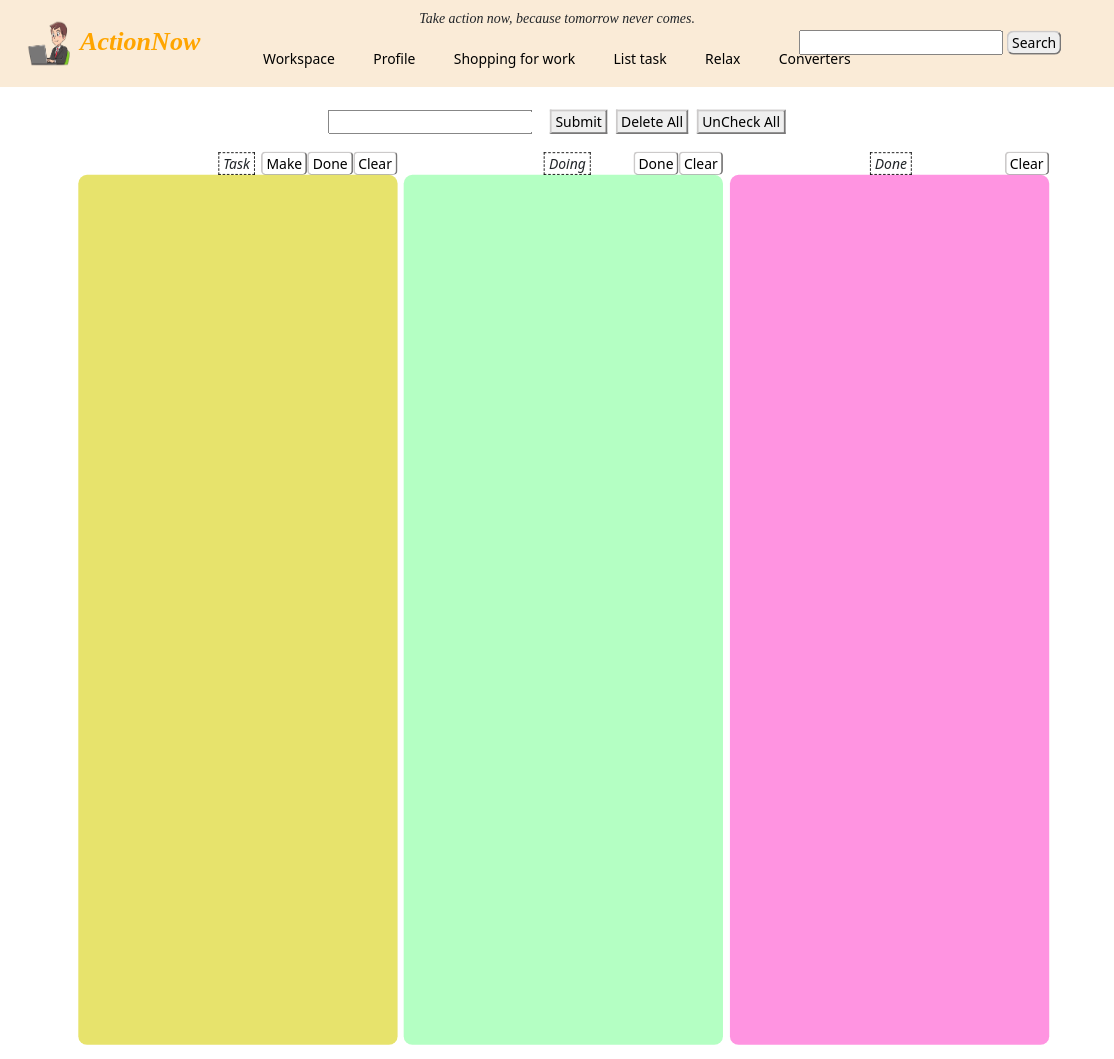
Repository: huavantinh/todo
Page: index.html
The author's editor kept a copy of each file at every save. The page is drawn from the files as they stood at one save, then again after the next save.
The browser window is 1280 px wide. The pictures show the whole page, at 87% of full size.

Above is the page before, as saved 2023-04-18 11:13:17.

### index.html
<!DOCTYPE html>
<html lang="en">

<head>
  <meta charset="UTF-8" />
  <meta http-equiv="X-UA-Compatible" content="IE=edge" />
  <meta name="viewport" content="width=device-width, initial-scale=1.0" />
  <title>Document</title>
  <link rel="stylesheet" href="./css/style.css" />
  <link rel="stylesheet" href="https://cdn.jsdelivr.net/npm/bootstrap@5.2.3/dist/css/bootstrap.min.css"
    integrity="sha384-rbsA2VBKQhggwzxH7pPCaAqO46MgnOM80zW1RWuH61DGLwZJEdK2Kadq2F9CUG65" crossorigin="anonymous" />
</head>

<body>
  <nav class="nav-bar navbar navbar-default">
    <div class="container-fluid">
      <div class="brand">
        <!-- line1top -->
        <img src="./css/img/logo-brand.png" alt="Brand" />
        <i id="i1">ActionNow</i>
        <i id="i2">Take action now, because tomorrow never comes.</i>
        <!-- search  -->
        <div class="search-box">
          <input type="text" />
          <button>Search</button>
        </div>
      </div>
      <!-- menu  -->
      <div class="nav-menu">
        <div class="list-menu">
          <a href="">Workspace</a>
          <a href="">Profile</a>
          <a href="">Shopping for work</a>
          <a href="">List task</a>
          <a href="">Relax</a>
          <a href="">Converters</a>
        </div>
      </div>
    </div>
  </nav>
  <div>

    <div class="container">
      <div class="add">
        <div class="box-add">
          <div class="input-box">
            <input id="input-sub" type="text" />
            <span style="
                  color: #656966;
                  font-size: 10px;
                  position: absolute;
                  bottom: 0;
                  right: 0;
                " class="message" id="new-task-message">Please enter new task!</span>
          </div>

          <button class="submit-bt" id="button-submit" onclick="submit()">Submit</button>
          <button  class="deleteall" id="delete" onclick="deleteAll()">Delete All</button>
          <!-- <button class="checkall" id="checkall" onclick="checkAll(this)">Check All</button> -->
          <button class="uncheckall" id="uncheckall" onclick="unCheckAll(this)">
            UnCheck All
          </button>
        </div>
      </div>
      <div class="table">
        <div class="tasklist col-list">
          <div class="linetitle linetasktitle">
            <i class="title" id="i1"> Task </i>
          <button id="makeall">Make</button>
          <button id="doneall">Done</button>
          <button id="cleardone">Clear</button>
          </div>
          <div id="products" class="col-item col-1"></div>
        </div>

        <div class="doinglist col-list">
          <div class="linetitle linedoingtitle">
            <i class="title" id="i2">Doing</i>
          <button id="doneall">Done</button>
          <button id="cleardone">Clear</button>
          </div>

          <div id="idoing" class="col-item col-2"></div>
        </div>

        <div class="donelist col-list">
          <div class="linetitle linedonetitle">
            <i class="title" id="i3">Done</i>
          <button id="cleardone">Clear</button>
          </div>
          <div id="idone" class="col-item col-3"></div>
        </div>

      </div>
    </div>
  </div>
  </div>

  <script src="https://code.jquery.com/jquery-3.6.4.min.js"
    integrity="sha256-oP6HI9z1XaZNBrJURtCoUT5SUnxFr8s3BzRl+cbzUq8=" crossorigin="anonymous"></script>
  <script type="text/javascript" src="https://cdn.jsdelivr.net/npm/bootstrap@5.2.3/dist/js/bootstrap.min.js"></script>
  <script src="./app.js"></script>
</body>

</html>

### css/style.css
    /* resetcss */
    *{
        padding: 0;
        margin: 0;
    }

    button {
        border-radius: 5px;
        border-color: #cccaca;
        padding: 0 4px;
    }

    /* Nav */
    .container-fluid{
        position: fixed;
        top: 0;
        left: 0;
        right: 0;
        z-index: 99999;
        background-color: antiquewhite;
    }


    .brand{
        /* position: relative; */
        display: flex;
        width: 100%;
        height: 50px;
    }
    .nav-menu{
        display: flex;
        justify-content: center;
        width: 100%;
        height: 50px;
        border-radius: 10px;
    }
    .nav-menu .list-menu{
        position: absolute;
        justify-content: center;
        align-items: center;
        margin-top: 5px;
    }
    .nav-menu .list-menu a{
        color: black;
        text-decoration: none;
        font-family: inherit;
        font-weight: 450;
        margin: 0 20px;
    }

    .brand {
        display: flex;
        /* justify-content: center; */
    }
    .brand .search-box{
        position: absolute;
        right: 60px;
        top: 35px;
        /* justify-content: center;
        align-items: center;
        position: absolute;
        right: 0;

        display: flex;
        border: none; */
        /* cursor: pointer; */
    }

    .search-box button {
        border-radius: 8px;

        /* right: 10px; */
    }

    .search-box button:hover {
        background-color:orange;;
        border-radius: 8px;
    }
    .brand img {
        position: relative;
        left: 20px;
        position: relative;
        top: 50%;
        width: 50px;
        height: 50px;
        border-color: orange;
    }
    .brand #i1{
        position: relative;
        left: 20px;
        top: 30%;
        margin: 10px;
        float: left;
        width: 390px;
        max-width: 400px;
        font-size: 30px;
        color: orange;
        font-family: cursive;
        font-weight: 700;
    }

    .brand #i2{
        justify-content: center;
        align-items: center;
        margin: 10px;
        width: 390px;
        max-width: 400px;
        font-family: cursive;
        font-weight: 500;
    }

    body{
        /* position: relative; */
        background-color: #3b3b3b;

        padding-top: 90px;
    }

    .add {
        display: flex;
        justify-content: center;
        align-items: center;
        margin-top: 20px;
        position: relative;

    }

    .box-add {
        display: flex;
        align-items: center;
    }

    .box-add .input-box {
        margin-right: 10px;
    }

    .box-add button {
        margin-left: 10px;
    }

    /* .box-add .input-box .submit-bt {
        position: absolute;
        right: 200px;
    } */


    button#button-submit {
        right: 410px;
    }

    button#checkall {
        right: 335px;
    }
    button#uncheckall {
        right: 240px;
    }
    button#delete {
        right: 163px;
    }

    .message
    {
        display: none;
    }
    .error-message {
        display: inline;;
    }


    /* Task Table  */
    .table {
        display: flex;
        width: 100%;
        position: relative;
    }

    .table .col-list {
        width: 100% / 3;
        margin-top: 20px;
        position: relative;
    }

    .table .linetitle {
        display: flex;
    }

    .table .linetitle .title{
        margin-left: 45%;
    }
    .table button {
        border-radius: 5px;
        border-color: #cccaca;
        padding: 0 4px;
    }
    .table .linetitle button {
        border-radius: 5px;
        border-color: #cccaca;
        padding: 0 4px;
    }


    .table .col-item {
        /* display: flex; */
        float: left;
        width: calc(1116px / 3 - 5px );
        height: 1000px;
        justify-content: center;
        background-color: rgb(231, 227, 108);
        border-radius: 10px;
        margin-left: 7.5px;
    }

    .table .col-2 {
        background-color: rgb(180, 255, 195);
    }

    .table .col-3 {
        background-color: rgb(255, 148, 225);
    }


    .table .col-list i {
        display: block;
        text-align: center;
        margin-bottom: 10px;
        max-width: fit-content;
        margin: auto;
        border: 1.2px dashed black;
        padding: 0 5px;
    }

    .tasklist .col-item {
        float: left;
        border-radius: 10px;
        width: calc(1116px / 3 - 5px );
        justify-content: center;
        display: block;
    }



    .product1 {
        margin-left: 10px;
        border-bottom: 1px solid #636363 ;
        /* height: 30px;  */
        align-items: center;
        display: flex;
        /* flex: auto; */
        /* flex-wrap:wrap; */
    }
    .taskname{
        text-overflow: clip;
        display: block;
        width: 70%;
    }

    .checkbox {
        margin: 0 5px;
        color: aquamarine;
        right: 10px;
        top: 8px;
    }


    .checkbox-item button {
        right: 5px;

    }

    .product1 .delete-item {
        right: 5px;
    }

### app.js
let todos =
  localStorage.length > 0
    ? JSON.parse(localStorage.getItem("todolist"))
    : [];

let idoingsave =
  localStorage.length > 0
    ? JSON.parse(localStorage.getItem("idoinglist"))
    : [];

let idonesave =
  localStorage.length > 0
    ? JSON.parse(localStorage.getItem("idonelist"))
    : [];

function submit() {
  let textBox = document.getElementById("input-sub");
  let content = textBox.value;
  let randId = Math.random();
  document.getElementById("new-task-message").classList.add("error-message");
  if (content == "") {
    onkeydown = function () {
      document
        .getElementById("new-task-message")
        .classList.remove("error-message");
    };
    return;
  } else {
    addContent(content, randId);
    textBox.value = "";

    todos.push(content);
    setstorages();
  }
}

function setstorages() {
  localStorage.length > 0 && localStorage.setItem("todolist", JSON.stringify(todos));
}
function setstorages2() {
  localStorage.length > 0 && localStorage.setItem("idoinglist", JSON.stringify(idoingsave));
}
function setstorages3() {
  localStorage.length > 0 && localStorage.setItem("idonelist", JSON.stringify(idonesave));
}

function addContent(content, randId) {
  document.getElementById("new-task-message").classList.remove("error-message");

  $("#products").append(
    '<div style="color: black" class="producttask product1" id="row' +
      randId +
      '">' +
      '<div class="taskname">' +
      content +
      "</div>" +
      '<div><button class="make" onclick="makedoing(event)"> Make </button></div>' +
      '<div class="checkbox-item"><input id="' +
      '"  class="checkbox" type="checkbox"  onclick="checkItem(event)"/></div> <button class"delete-item" onclick="deleteItem(event)">Delete</button>' +
      "</div>"
  );
}
function addContent2(content, randId) {
  document.getElementById("new-task-message").classList.remove("error-message");

  $("#idoing").append(
    '<div style="color: black" class=" productdoing product1" id="row' +
      randId +
      '">' +
      '<div class="taskname">' +
      content +
      "</div>" +
      '<div class="checkbox-item"><input class="checkbox" type="checkbox"  onclick="checkidoing(event)"/></div> <button class"delete-item" onclick="deleteItemdoing(event)">Delete</button>' +
      "</div>"
  );
}
function addContent3(content, randId) {
  document.getElementById("new-task-message").classList.remove("error-message");

  $("#idone").append(
    '<div style="color: black" class="productdone product1" id="row' +
      randId +
      '">' +
      '<div class="taskname">' +
      content +
      "</div>" +
       '<button class= "  delete-item" onclick="deleteItemdone(event)">Delete</button>' +
      "</div>"
  );
}

function deleteAll() {
  var products = document.getElementById("products");
  products.innerHTML = "";
}
function checkAll() {
  var checkboxes = document.getElementsByClassName("checkbox");
  for (var checkbox of checkboxes) {
    checkbox.checked = true;
    checkbox.closest("div").parentNode.style.color = "red";
  }
}
function unCheckAll() {
  var checkboxes = document.getElementsByClassName("checkbox");
  for (var checkbox of checkboxes) {
    checkbox.checked = false;
    checkbox.closest("div").parentNode.style.color = "orange";
  }
}
var textBox2 = document.getElementById("input-sub");
textBox2.addEventListener("keyup", function (event) {
  if (event.keyCode === 13) {
    submit();
  }
});

function deleteItem(event) {
  var products = document.getElementById("products");
  var arraypro = document.getElementsByClassName("producttask");
  var div = event.currentTarget.parentNode;
  let index1 = Array.prototype.indexOf.call(arraypro, div);
  // let index2 = Array.prototype.indexOf.call(todos2, index1);  ////////check lại function này. không lọc ra được index trong todos
  // console.log(index2)
  todos.splice(index1, 1);  // dùng luôn index 1 . vì 2 array giống, index nó giống nhau
  products.removeChild(div);
  setstorages();
}
function deleteItemdoing(event) {
  var doings = document.getElementById("idoing");
  var arraypro = document.getElementsByClassName("productdoing"); //// cần phân biệt 3 cột, tìm arraypro của cột 2
  var div = event.currentTarget.parentNode;
  let index1 = Array.prototype.indexOf.call(arraypro, div);
  // let index2 = Array.prototype.indexOf.call(idoingsave, index1);
  idoingsave.splice(index1, 1);
  doings.removeChild(div);
  setstorages2();
}
function deleteItemdone(event) {
  // debugger
  var dones = document.getElementById("idone");
  var arraypro = document.getElementsByClassName("productdone"); //// cần phân biệt 3 cột, tìm arraypro của cột 3
  var div = event.currentTarget.parentNode;
  let index1 = Array.prototype.indexOf.call(arraypro, div);
  // let index2 = Array.prototype.indexOf.call(idonesave, index1);
  dones.removeChild(div);
  idonesave.splice(index1, 1);

  setstorages3();
}

function checkItem(event) {
  var currenti = event.currentTarget;
  var color = currenti.checked ? "red" : "orange";
  currenti.closest("div").parentNode.style.color = color;
  let div = event.currentTarget.parentNode;
  let div2 = event.currentTarget.parentNode.parentNode;
  // insert to done list
  let content = div2.firstChild.textContent;
  // debugger
  idonesave.push(content);
  let indextext = Array.prototype.indexOf.call(todos, content);
  todos.splice(indextext, 1);
  let randId = Math.random();
  $("#idone").append(
    '<div style="color: black" class="product1 productdone" id="row' +
      randId +
      '">' +
      '<div class="taskname">' +
      content +
      '</div> <button class"delete-item" onclick="deleteItemdone(event)">Delete</button>' +
      "</div>"
  );

  let products = document.getElementById("products");
  products.removeChild(div2);
  setstorages();
  setstorages3();

}

document.addEventListener("DOMContentLoaded", function () {
  // debugger
  if (Array.isArray && todos.length > 0) {
    todos.forEach(function printlocal(content, index) {
      addContent(content, index);
    });
  }
  if (Array.isArray && idoingsave.length > 0) {
    idoingsave.forEach(function printlocal2(content, index) {
      addContent2(content, index);
    });
  }
  if (Array.isArray && idonesave.length > 0) {
      idonesave.forEach(function printlocal3(content, index) {
        addContent3(content, index);
      });
    }
  }
);

// moveitem to done
function makedoing(event) {
  let itemcurrent = event.currentTarget.parentNode.parentNode;
  let listitem = document.getElementsByClassName(" producttask");
  //change object to array
  let listarray = Array.from(listitem);
  //Lấy index của item trong list
  let indexpro = Array.prototype.indexOf.call(listarray, itemcurrent);

  listarray.splice(indexpro, 1);

  let content = itemcurrent.firstChild.textContent;
  let randId = Math.random();
  $("#idoing").append(
    ' <div style="color: black" class="productdoing product1" id="row' +
      randId +
      '">' +
      '<div class="taskname">' +
      content +
      ' </div> <div class="checkbox-item"><input id="' +
      '"  class="checkbox" type="checkbox"   onclick="checkidoing(event)" /></div>' +
      '<button class"delete-item" onclick="deleteItemdoing(event)">Delete</button>' +
      "</div>"
  );
  // debugger

  let products = document.getElementById("products");
  products.removeChild(itemcurrent);
  idoingsave.push(content);

  let indextext = Array.prototype.indexOf.call(todos, content);
  todos.splice(indextext, 1);
  setstorages();

  setstorages2();
}

function checkidoing(event) {
  var currenti = event.currentTarget;
  var color = currenti.checked ? "red" : "orange";
  currenti.closest("div").parentNode.style.color = color;
  let div = event.currentTarget.parentNode;
  let div2 = event.currentTarget.parentNode.parentNode;
  //move colum
  let productdoing = document.getElementsByClassName("productdoing");
  let produclistj = Array.from(productdoing);
  let index1 = Array.prototype.indexOf.call(produclistj, div2);
  produclistj.splice(index1, 1);
// debugger
  let content = div2.firstChild.textContent;
  let randId = Math.random();
  $("#idone").append(
    '<div style="color: black" class="productdone product1" id="row' +
      randId +
      '">' +
      '<div class="taskname">' +
      content +
      '</div> <button class"delete-item" onclick="deleteItemdone(event)">Delete</button>' +
      "</div>"
  );

  idonesave.push(content);
  let idoing = document.getElementById("idoing");
  idoing.removeChild(div2);
  // idoingsave.filter(item => item !== content);

  // let indexcon = Array.prototype.indexOf.call(idoingsave, content);
  idoingsave.splice(index1,1)
  setstorages2();
  setstorages3();

}

// function deleteItem3(event) {
//   var products = document.getElementById("idoing");
//   var arraypro = document.getElementsByClassName("productdone");
//   var div = event.currentTarget.parentNode;
//   let index1 = Array.prototype.indexOf.call(arraypro, div);
//   let index2 = Array.prototype.indexOf.call(todos, index1);
//   todos.splice(index2, 1);
//   products.removeChild(div);
//   setstorages();
// }
console.log(todos);

console.log(idoingsave);
console.log(idonesave);

After the next save:
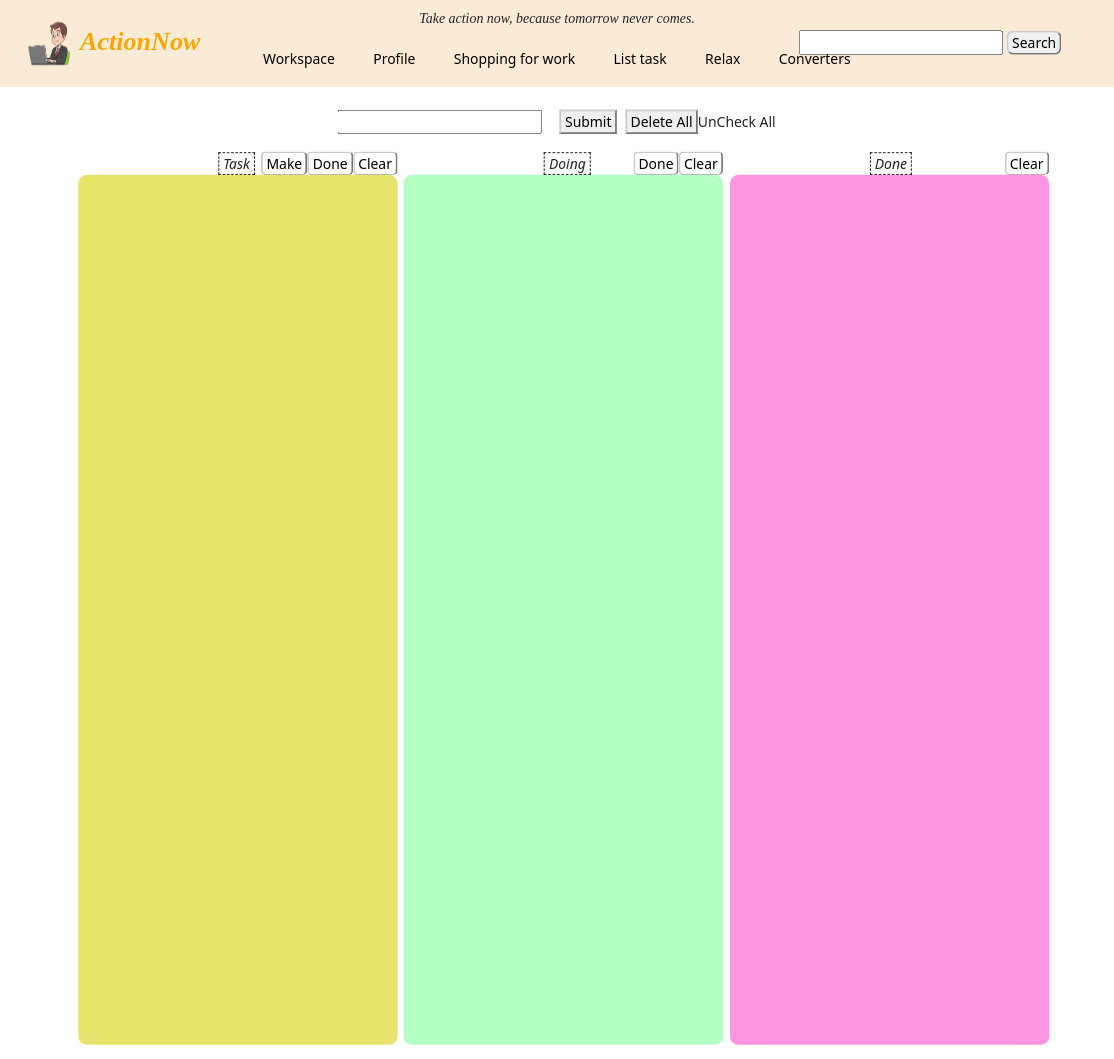
Saved 9 s later.
--- a/index.html
+++ b/index.html
@@ -57,7 +57,7 @@
           <button class="submit-bt" id="button-submit" onclick="submit()">Submit</button>
           <button  class="deleteall" id="delete" onclick="deleteAll()">Delete All</button>
           <!-- <button class="checkall" id="checkall" onclick="checkAll(this)">Check All</button> -->
-          <button class="uncheckall" id="uncheckall" onclick="unCheckAll(this)">
+          <!-- <button class="uncheckall" id="uncheckall" onclick="unCheckAll(this)"> -->
             UnCheck All
           </button>
         </div>
